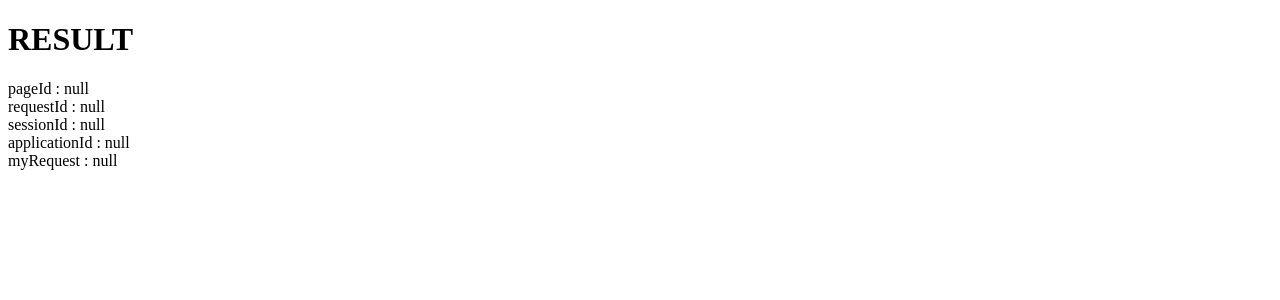
Repository: jmjnssss/CodingTest
Page: http://localhost/Jsp06_Scope/scope.do
An editor plug-in stored every save of this project. The page is shown before and after the next save, followed by the edit.
The browser window is 1280 px wide. The pictures show the whole page.
The page is served by Tomcat 9.

Above is the page before, as saved 2021-02-23 05:55:59.

### Jsp06_Scope/WebContent/result.jsp
<%@ page language="java" contentType="text/html; charset=UTF-8"
    pageEncoding="UTF-8"%>

<% request.setCharacterEncoding("UTF-8"); %>
<% response.setContentType("text/html; charset=UTF-8"); %>

<!DOCTYPE html>
<html>
<head>
<meta charset="UTF-8">
<title>Insert title here</title>
</head>
<body>

	<h1>RESULT</h1>

	pageId : <%=pageContext.getAttribute("pageId") %><br/>
	requestId : <%=request.getAttribute("requestId") %><br/>
	sessionId : <%=session.getAttribute("sessionId") %><br/>
	applicationId : <%=application.getAttribute("applicationId") %><br/>
	myRequest : <%=request.getAttribute("myRequest") %><br/>
</body>
</html>

### Jsp06_Scope/src/com/scope/controller/ScopeController.java
package com.scope.controller;

import java.io.IOException;
import java.io.PrintWriter;

import javax.servlet.RequestDispatcher;
import javax.servlet.ServletContext;
import javax.servlet.ServletException;
import javax.servlet.annotation.WebServlet;
import javax.servlet.http.HttpServlet;
import javax.servlet.http.HttpServletRequest;
import javax.servlet.http.HttpServletResponse;
import javax.servlet.http.HttpSession;

@WebServlet("/ScopeController")
public class ScopeController extends HttpServlet {
	private static final long serialVersionUID = 1L;

	protected void doGet(HttpServletRequest request, HttpServletResponse response) throws ServletException, IOException {
		request.setCharacterEncoding("UTF-8");
		response.setContentType("text/html; charset=UTF-8");

		String requestId = request.getAttribute("requestId") + "";
		// 객체라서 + "" 로 형변환
		HttpSession session = request.getSession();
		String sessionId = session.getAttribute("sessionId") + "";

		ServletContext application = getServletContext();
		String applicationId = application.getAttribute("applicationId") + "";

		System.out.println("requestId : "+ requestId);
		System.out.println("sessionId : "+ sessionId);
		System.out.println("applicationId : "+ applicationId);

		String myRequest = request.getParameter("myRequest");
		System.out.println("myRequest : " + myRequest);

		PrintWriter out = response.getWriter();
		String html = "<h1>응답</h1>"
				    + "<table border='1'>"
					    + "<tr>"
						    + "<th>request</th>"
					  //    + "<td>" + requestId + "</td>"
					  		+"<td>" + myRequest + "</td>"
					    + "</tr>"
					    + "<tr>"
						    + "<th>session</th>"
						    + "<td>" + sessionId + "</td>"
					    + "</tr>"
					    + "<tr>"
						    + "<th>application</th>"
						    + "<td>" + applicationId + "</td>"
					    + "</tr>"
				    + "</table>";

		out.println(html);


		RequestDispatcher dispatch = request.getRequestDispatcher("result.jsp");
		dispatch.forward(request, response);




	}

	protected void doPost(HttpServletRequest request, HttpServletResponse response) throws ServletException, IOException {
		doGet(request, response);
	}

}

After the next save:
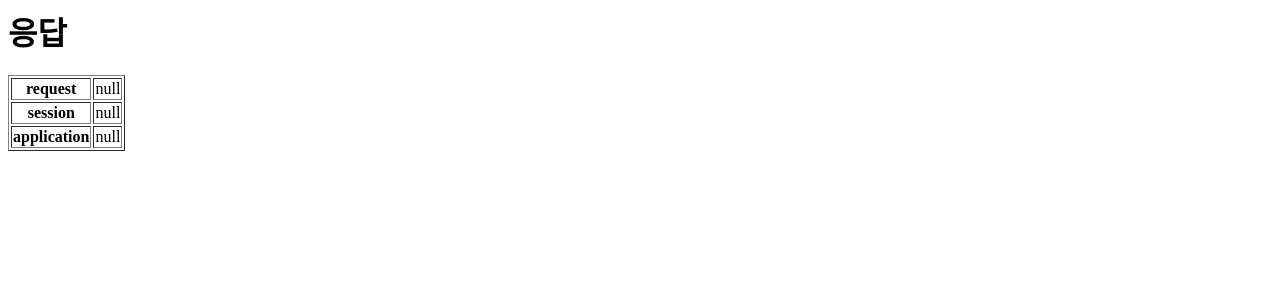
Saved 6 min 36 s later.
--- a/Jsp06_Scope/src/com/scope/controller/ScopeController.java
+++ b/Jsp06_Scope/src/com/scope/controller/ScopeController.java
@@ -57,7 +57,7 @@
 
 
 		RequestDispatcher dispatch = request.getRequestDispatcher("result.jsp");
-		dispatch.forward(request, response);
+		//dispatch.forward(request, response);
 
 
 

After the save that followed:
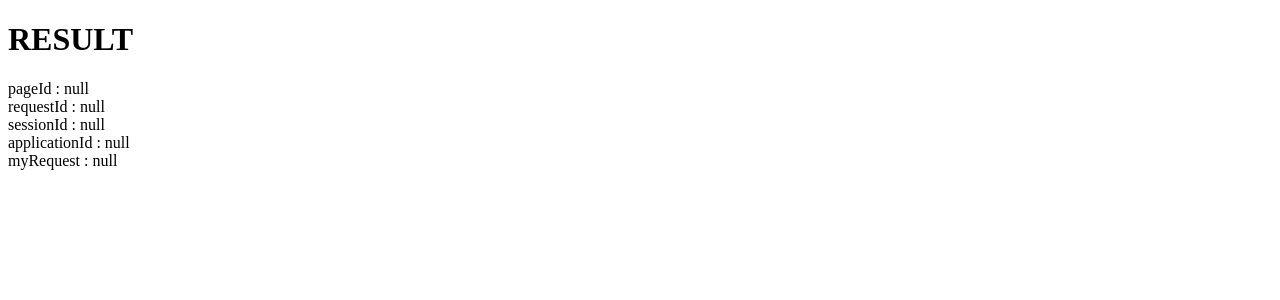
Saved 11 min 50 s later.
--- a/Jsp06_Scope/src/com/scope/controller/ScopeController.java
+++ b/Jsp06_Scope/src/com/scope/controller/ScopeController.java
@@ -57,7 +57,7 @@
 
 
 		RequestDispatcher dispatch = request.getRequestDispatcher("result.jsp");
-		//dispatch.forward(request, response);
+		dispatch.forward(request, response);
 
 
 
